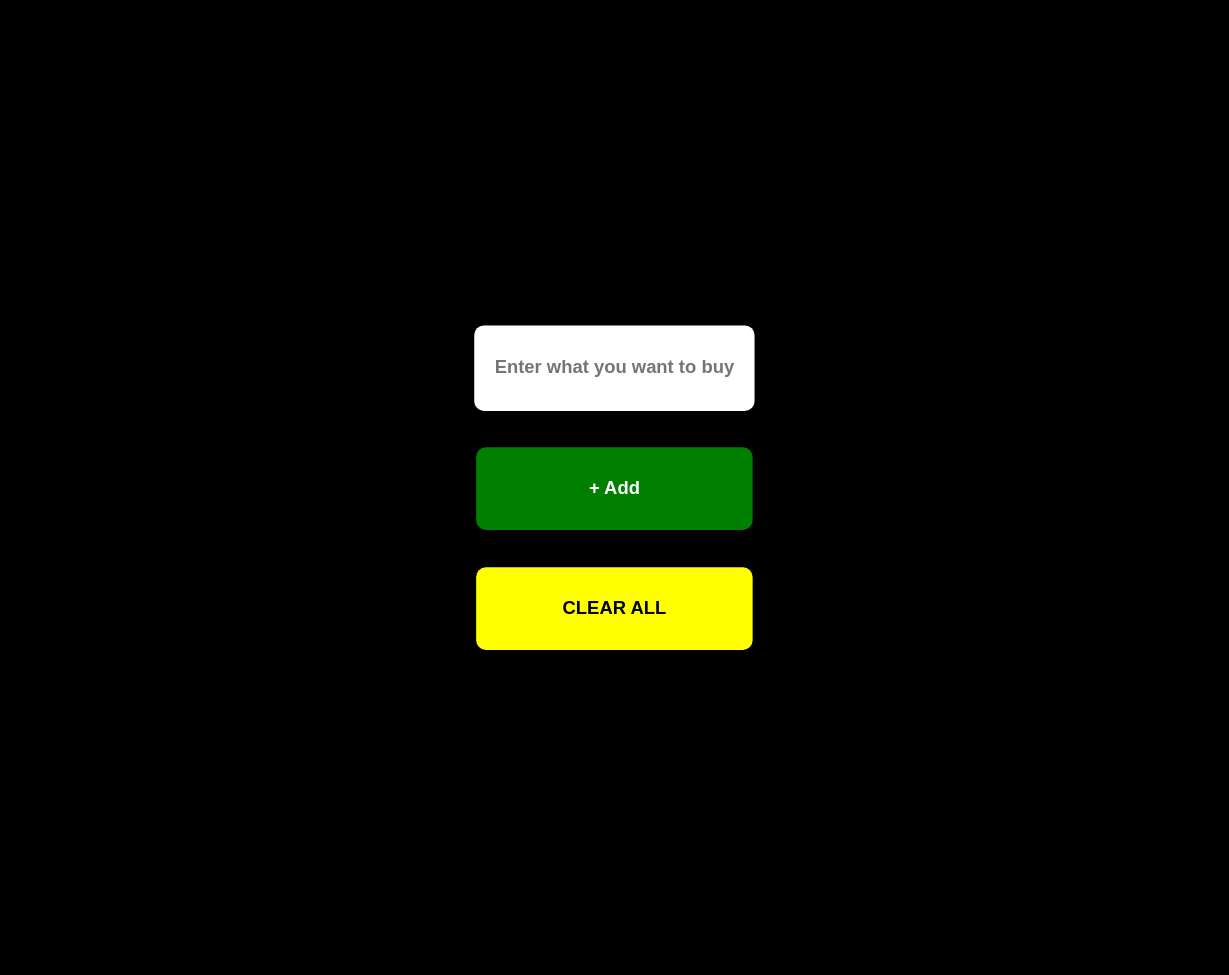
Repository: jcohenp/DI_Exercises
Page: W3/D2/gold/index.html
The author's editor kept a copy of each file at every save. The page is drawn from the files as they stood at one save, then again after the next save.
The browser window is 1280 px wide. The pictures show the whole page, at 96% of full size.

Above is the page before, as saved 2020-08-25 12:17:12.

### W3/D2/gold/index.html
<!DOCTYPE html>
<html lang="en">

<head>
    <meta charset="UTF-8">
    <meta name="viewport" content="width=device-width, initial-scale=1.0">
    <title>Document</title>
</head>

<body>
    <div id="root"></div>

    <script src="./js/script.js"></script>
</body>

</html>

### W3/D2/gold/js/script.js
document.body.style.backgroundColor = "black";
document.body.style.margin = "25%";
document.body.style.display = "flex";
document.body.style.textAlign = "center";

function styleAll(element) {
    element.style.lineHeight = "2em";
    element.style.height = "4.5em";
    element.style.width = "15em";
    element.style.borderRadius = "10px"
    element.style.border = "none";
    element.style.margin = "1em"
    element.style.textAlign = "center";
    element.style.fontWeight = "bold"
    element.style.fontSize = "1.2em"

}

function createForm() {
    let root = document.getElementById("root");
    let inputForm = document.createElement("form");
    root.appendChild(inputForm);

    let formField = document.createElement("input");
    formField.type = "text";
    formField.placeholder = "Enter what you want to buy";
    // formField.value = "hello123"
    formField.name = "formField";
    let itemValue = formField.value;
    inputForm.appendChild(formField);
    styleAll(formField);

    let button = document.createElement("button");
    button.innerHTML = "+ Add";
    button.id = ("addButton");
    styleAll(button);
    button.style.backgroundColor = "green";
    button.style.color = "white";
    // button = document.getElementById("addButton")
    button.addEventListener('click', function(e) {
        console.log("C")
        addItem(itemValue);
    });
    inputForm.appendChild(button);


    function addItem(itemValue) {
        if (itemValue != null) {
            console.log("item " + itemValue);
            createListItem(itemValue);

        }
    }

    let buttonClear = document.createElement("button");
    buttonClear.innerHTML = "CLEAR ALL";
    inputForm.appendChild(buttonClear);
    styleAll(buttonClear);
    buttonClear.style.backgroundColor = "yellow";
    buttonClear.style.color = "black";
}


function createListItem(itemValue) {
    parent = document.getElementById("root");
    let newItem = document.createElement("div");
    newItem.innerHTML = itemValue;
    newItem.style.color = "white"
    console.log("ItemCreate " + itemValue);
    console.log("createListItem " + newItem);
    styleAll(newItem);
    parent.appendChild(newItem);
}



createForm()

After the next save:
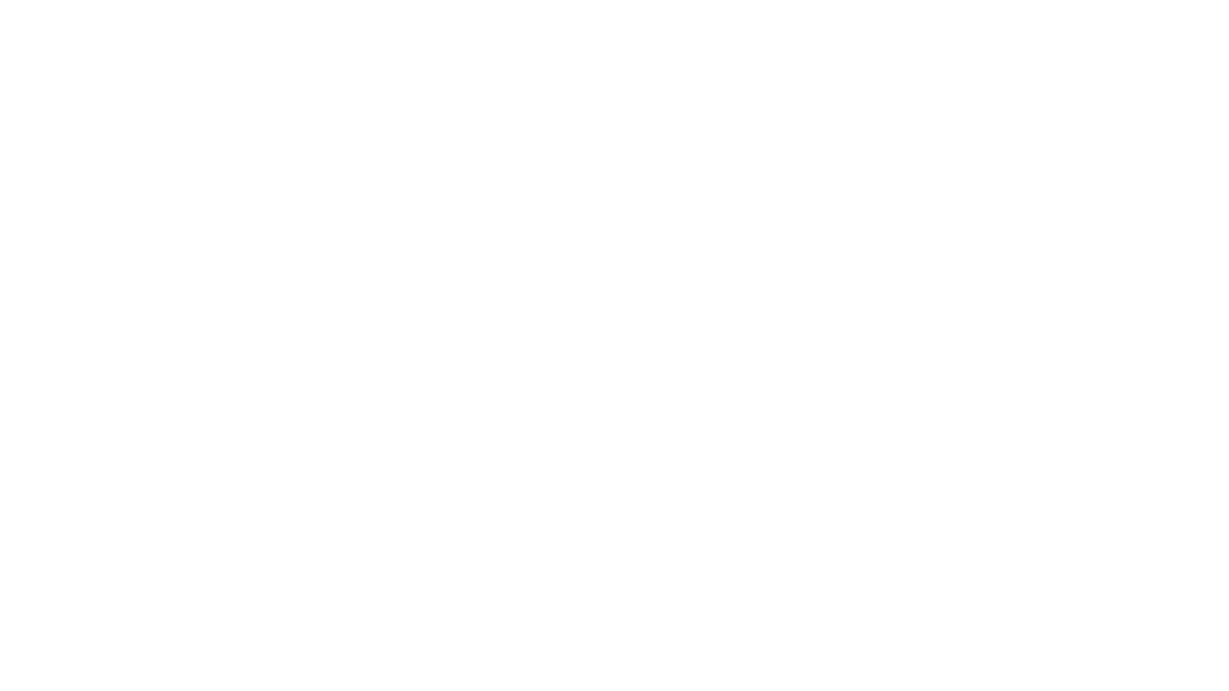
Console error: SyntaxError: Unexpected identifier 'addItem'
Saved 3 min 40 s later.
--- a/W3/D2/gold/js/script.js
+++ b/W3/D2/gold/js/script.js
@@ -41,37 +41,36 @@
         console.log("C")
         addItem(itemValue);
     });
-    inputForm.appendChild(button);
+    button.addEventListener('keypress', function(e) {
+            if (e.key === 'Enter') {
+                (console.log("C") addItem(itemValue);
+                }
+            }); inputForm.appendChild(button);
 
 
-    function addItem(itemValue) {
-        if (itemValue != null) {
-            console.log("item " + itemValue);
-            createListItem(itemValue);
+        function addItem(itemValue) {
+            if (itemValue != null) {
+                console.log("item " + itemValue);
+                createListItem(itemValue);
 
+            }
         }
+
+        let buttonClear = document.createElement("button"); buttonClear.innerHTML = "CLEAR ALL"; inputForm.appendChild(buttonClear); styleAll(buttonClear); buttonClear.style.backgroundColor = "yellow"; buttonClear.style.color = "black";
     }
 
-    let buttonClear = document.createElement("button");
-    buttonClear.innerHTML = "CLEAR ALL";
-    inputForm.appendChild(buttonClear);
-    styleAll(buttonClear);
-    buttonClear.style.backgroundColor = "yellow";
-    buttonClear.style.color = "black";
-}
 
-
-function createListItem(itemValue) {
-    parent = document.getElementById("root");
-    let newItem = document.createElement("div");
-    newItem.innerHTML = itemValue;
-    newItem.style.color = "white"
-    console.log("ItemCreate " + itemValue);
-    console.log("createListItem " + newItem);
-    styleAll(newItem);
-    parent.appendChild(newItem);
-}
+    function createListItem(itemValue) {
+        parent = document.getElementById("root");
+        let newItem = document.createElement("div");
+        newItem.innerHTML = itemValue;
+        newItem.style.color = "white"
+        console.log("ItemCreate " + itemValue);
+        console.log("createListItem " + newItem);
+        styleAll(newItem);
+        parent.appendChild(newItem);
+    }
 
 
 
-createForm()
+    createForm()

After the save that followed:
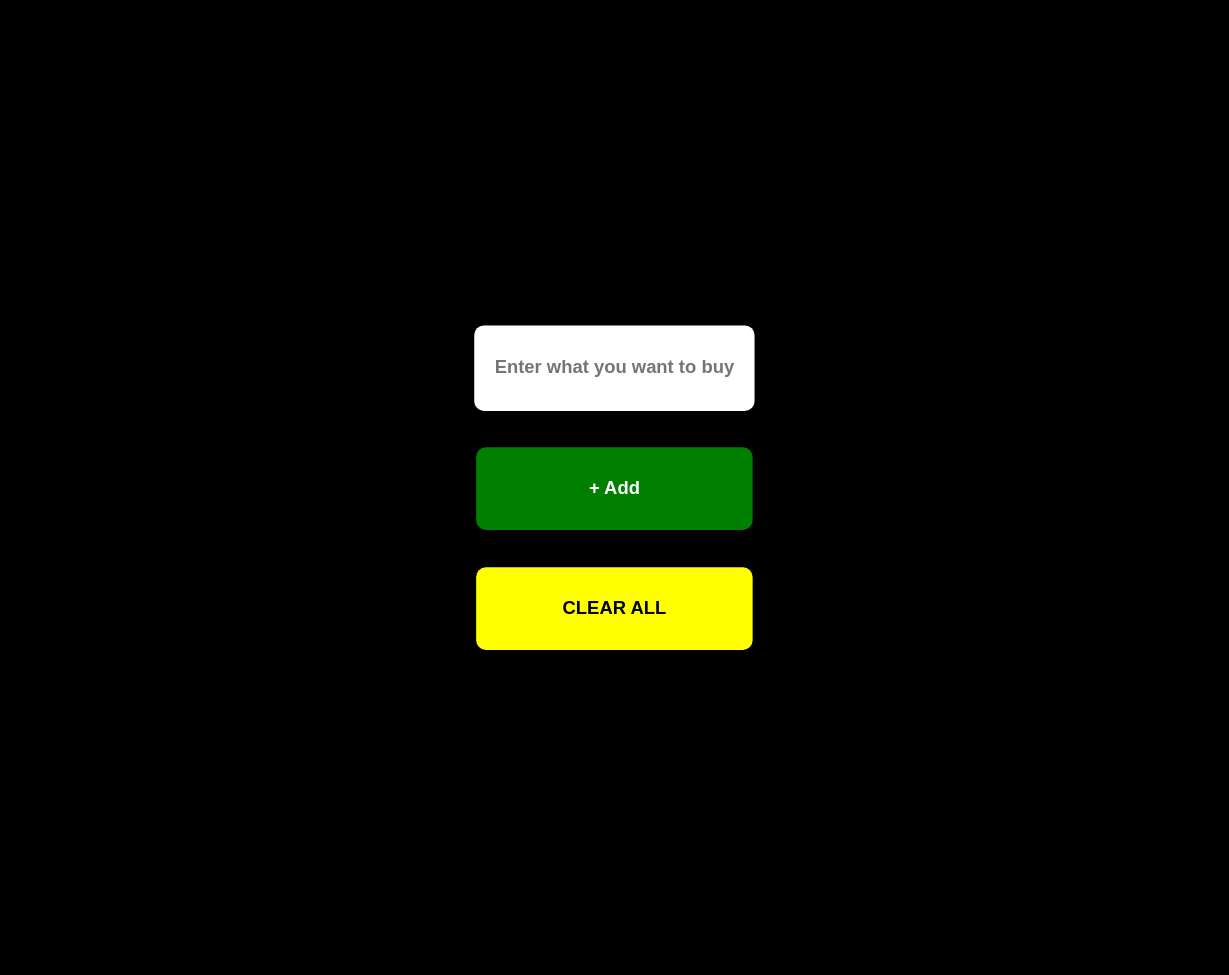
The error is gone.
Saved 34 s later.
--- a/W3/D2/gold/js/script.js
+++ b/W3/D2/gold/js/script.js
@@ -42,35 +42,42 @@
         addItem(itemValue);
     });
     button.addEventListener('keypress', function(e) {
-            if (e.key === 'Enter') {
-                (console.log("C") addItem(itemValue);
-                }
-            }); inputForm.appendChild(button);
+        if (e.key === 'Enter') {
+            console.log("C");
+            addItem(itemValue);
+        }
+    });
+    inputForm.appendChild(button);
 
 
-        function addItem(itemValue) {
-            if (itemValue != null) {
-                console.log("item " + itemValue);
-                createListItem(itemValue);
+    function addItem(itemValue) {
+        if (itemValue != null) {
+            console.log("item " + itemValue);
+            createListItem(itemValue);
 
-            }
         }
-
-        let buttonClear = document.createElement("button"); buttonClear.innerHTML = "CLEAR ALL"; inputForm.appendChild(buttonClear); styleAll(buttonClear); buttonClear.style.backgroundColor = "yellow"; buttonClear.style.color = "black";
     }
 
+    let buttonClear = document.createElement("button");
+    buttonClear.innerHTML = "CLEAR ALL";
+    inputForm.appendChild(buttonClear);
+    styleAll(buttonClear);
+    buttonClear.style.backgroundColor = "yellow";
+    buttonClear.style.color = "black";
+}
 
-    function createListItem(itemValue) {
-        parent = document.getElementById("root");
-        let newItem = document.createElement("div");
-        newItem.innerHTML = itemValue;
-        newItem.style.color = "white"
-        console.log("ItemCreate " + itemValue);
-        console.log("createListItem " + newItem);
-        styleAll(newItem);
-        parent.appendChild(newItem);
-    }
+
+function createListItem(itemValue) {
+    parent = document.getElementById("root");
+    let newItem = document.createElement("div");
+    newItem.innerHTML = itemValue;
+    newItem.style.color = "white"
+    console.log("ItemCreate " + itemValue);
+    console.log("createListItem " + newItem);
+    styleAll(newItem);
+    parent.appendChild(newItem);
+}
 
 
 
-    createForm()
+createForm()
